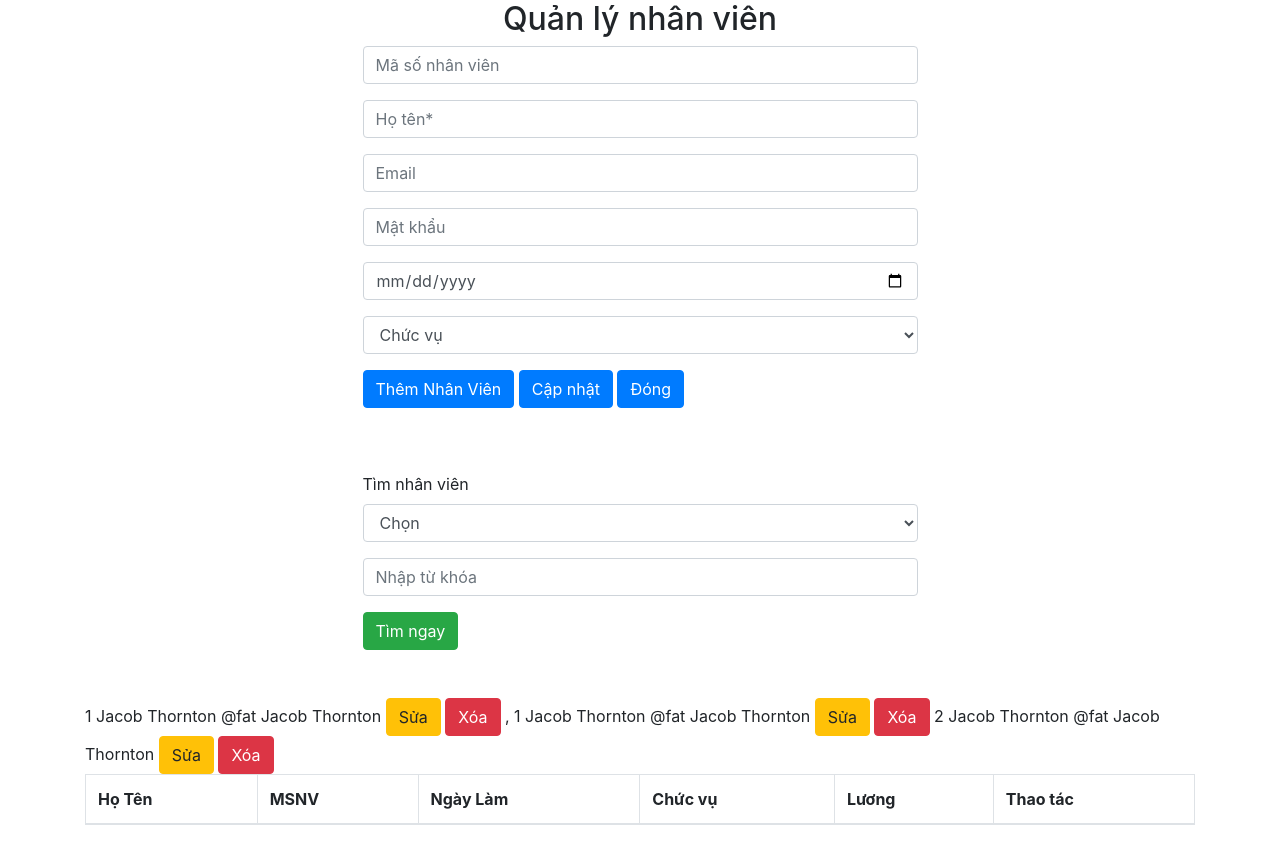
Repository: dovanthao2404/quanlynhanvien
Page: index.html
The author's editor kept a copy of each file at every save. The page is drawn from the files as they stood at one save, then again after the next save.
The browser window is 1280 px wide. The pictures show the whole page.

Above is the page before, as saved 2021-06-29 22:09:57.

### index.html
<!DOCTYPE html>
<html lang="en">

<head>
  <meta charset="UTF-8">
  <meta http-equiv="X-UA-Compatible" content="IE=edge">
  <meta name="viewport" content="width=device-width, initial-scale=1.0">
  <title>Quan Ly Nhan Vien</title>
  <!-- BOOTSTRAP  -->
  <link rel="stylesheet" href="https://cdn.jsdelivr.net/npm/bootstrap@4.6.0/dist/css/bootstrap.min.css"
    integrity="sha384-B0vP5xmATw1+K9KRQjQERJvTumQW0nPEzvF6L/Z6nronJ3oUOFUFpCjEUQouq2+l" crossorigin="anonymous">
  <!-- MAIN CSS -->
  <link rel="stylesheet" href="./css/style.css">
</head>

<body>
  <div class="main">
    <div class="add-staff">
      <div class="container">
        <form>
          <div class="row">
            <div class="col">
              <div class="add-staff__content w-50 mx-auto">
                <div class="add-staff-title">
                  <h2 id="header-title" class="text-center">Quản lý nhân viên</h2>
                </div>
                <div class="form-group">
                  <input type="text" class="form-control" id="msnv" placeholder="Mã số nhân viên">
                  <span id="thongBaoMNV" class="sp-thongbao text-danger"></span>
                </div>
                <div class="form-group">
                  <input type="text" class="form-control" id="hoTen" placeholder="Họ tên*">
                  <span id="thongBaoHo" class="sp-thongbao text-danger"></span>
                </div>
                <div class="form-group">
                  <input type="text" class="form-control" id="email" placeholder="Email">
                  <span id="thongBaoMNV" class="sp-thongbao text-danger"></span>
                </div>
                <div class="form-group">
                  <input type="password" class="form-control" id="matKhau" placeholder="Mật khẩu">
                  <span id="thongBaoMNV" class="sp-thongbao text-danger"></span>

                </div>
                <div class="form-group">
                  <input type="date" class="form-control" id="ngayLam">
                  <span id="thongBaoNgayLam" class="sp-thongbao text-danger"></span>

                </div>
                <div class="form-group">
                  <select id="chucVu" class="form-control">
                    <option selected>Chức vụ</option>
                    <option>Sếp</option>
                    <option>Trưởng Phòng</option>
                    <option>Nhân Viên</option>
                  </select>
                  <span id="thongBaoChucVu" class="sp-thongbao text-danger"></span>

                </div>
                <div class="form-group">

                  <button class="btn btn-primary" type="button" id="btnThemNhanVien">Thêm Nhân Viên</button>
                  <button class="btn btn-primary" type="button" id="btnCapNhat">Cập nhật</button>
                  <button class="btn btn-primary" type="button" id="btnDong">Đóng</button>
                </div>
              </div>
            </div>
          </div>

        </form>
      </div>
    </div>
    <div class="search-staff my-5">
      <div class="container">
        <div class="add-staff__content w-50 mx-auto">
          <div class="form-group">
            <label for="">Tìm nhân viên</label>
            <select id="" class="form-control">
              <option selected>Chọn</option>
              <option>Theo Tên</option>
              <option>Theo mã</option>
            </select>
            <span class="sp-thongbao text-danger"></span>
          </div>
          <div class="form-group">
            <input class="form-control" type="text" placeholder="Nhập từ khóa">
          </div>
          <div class="form-group">
            <input class="btn btn-success" type="button" value="Tìm ngay">
          </div>
        </div>
      </div>
    </div>
  </div>

  <div class="list-staff">
    <div class="container">
      <div id="list-staff__content">
        <table class="table table-bordered">
          <thead>
            <tr>
              <th scope="col">Họ Tên</th>
              <th scope="col">MSNV</th>
              <th scope="col">Ngày Làm</th>
              <th scope="col">Chức vụ</th>
              <th scope="col">Lương</th>
              <th scope="col">Thao tác</th>
            </tr>
          </thead>
          <tboby id="tableDanhSach">
          </tboby>
        </table>
      </div>
    </div>
  </div>
  <!-- BOOSTRAP -->
  <script src="https://code.jquery.com/jquery-3.5.1.slim.min.js"
    integrity="sha384-DfXdz2htPH0lsSSs5nCTpuj/zy4C+OGpamoFVy38MVBnE+IbbVYUew+OrCXaRkfj"
    crossorigin="anonymous"></script>
  <script src="https://cdn.jsdelivr.net/npm/bootstrap@4.6.0/dist/js/bootstrap.bundle.min.js"
    integrity="sha384-Piv4xVNRyMGpqkS2by6br4gNJ7DXjqk09RmUpJ8jgGtD7zP9yug3goQfGII0yAns"
    crossorigin="anonymous"></script>
  <script src="./js/NhanVien.js"></script>
  <script src="js/CongTy.js"></script>
  <script src="js/main.js"></script>
</body>

</html>

### js/NhanVien.js
class NhanVien {

  constructor(maNV, hoTen, email, matKhau, ngayLamViec, chucVu) {
    this.maNV = maNV;
    this.hoTen = hoTen;
    this.email = email;
    this.matKhau = matKhau;
    this.ngayLamViec = ngayLamViec;
    this.chucVu = chucVu;
    this.mangDoiChieu = [this.maNV, this.hoTen, this.email
      , this.matKhau, this.ngayLamViec, this.chucVu];
  }
}

### js/CongTy.js
class CongTy {
  constructor() {
    this.DanhSachNhanVien = [];
  }
  // Phương thức thêm nhân viên mới vào mảng (thuộc tính) DanhSachNhanVien
  ThemNhanVien(nhanVienMoi) {
    this.DanhSachNhanVien = [...this.DanhSachNhanVien, nhanVienMoi];
  }

  // Phước thức tìm nhân viên theo mã nhân viên, trả về vị trí nhân viên trong mảng DanhSachNhanVien
  TimViTriNhanVien(maNV) {
    // return this.DanhSachNhanVien.find(nhanVien => nhanVien.maNV === maNV)
    for (let viTri in this.DanhSachNhanVien) {
      if (this.DanhSachNhanVien[viTri].maNV === maNV) {
        return viTri;
      }
    }
    return -1;
  }

  // Tìm nhân viên theo mã trả về nhân viên
  TimNhanVienTheoMa(maNV) {
    let viTri = this.TimViTriNhanVien(maNV);
    if (viTri != -1) {
      return this.DanhSachNhanVien[viTri];
    } else {
    }
  }

  // Xóa nhân viên theo mã
  XoaNhanVien(maNV) {
    let viTri = this.TimViTriNhanVien(maNV);
    if (viTri != -1) {
      this.DanhSachNhanVien.splice(viTri, 1);
    } else {
    }
  }

  // Sửa nhân viên
  SuaNhanVien(nhanVien) {
    let viTri = this.TimViTriNhanVien(nhanVien.maNV);
    this.DanhSachNhanVien[viTri] = nhanVien;
  }

  // Tìm nhân viên theo tên --> trả về danh sách nhân viên
  TimNhanVienTheoTen(hoTen) {
    let dskq = new CongTy();
    hoTen = hoTen.trim().toUpperCase();
    for (let nhanVien of this.DanhSachNhanVien) {
      let hoTenNV = nhanVien.hoTen.trim().toUpperCase();
      if (hoTenNV.search(hoTen) !== -1) {
        dskq.ThemNhanVien(nhanVien);
      }
    }
    return dskq;
  }
}

### js/main.js
function getEle(ele) {
  return document.getElementById(ele);
}

var congTy = new CongTy();
var nhanVienMoi = new NhanVien('1', "Do Van Thao", 'abc@gmail.com', 'truongthikhanhngan', 'ngayLamViec', 'chucVu');
congTy.ThemNhanVien(nhanVienMoi);
nhanVienMoi = new NhanVien('2', "Truong Thi Khanh Ngan", 'abc@gmail.com', 'truongthikhanhngan', 'ngayLamViec', 'chucVu');
congTy.ThemNhanVien(nhanVienMoi);

// Ham goi modal popup: Them Nhan Vien or Sua thong tin nhan vien
GoiModal = (modal_title, readonly = false, type = 1) => {
  // type = 1: them nhan vien, type = 2: sua thong tin
  getEle('header-title').innerHTML = modal_title;
  getEle('msnv').readonly = readonly;

  switch (type) {
    case 1: //Them nhanVien
      getEle("btnThemNhanVien").style.display = "inline-block";
      getEle("btnCapNhat").style.display = "none";
      getEle("btnDong").style.display = "inline-block";
      break;

    case 2:
      getEle("btnCapNhat").style.display = "inline-block";
      getEle("btnThemNhanVien").style.display = "none";
      getEle("btnDong").style.display = "inline-block";
      break;
  }
}

// Reset form
XoaForm = () => {
  let elements = document.getElementsByTagName('input');
  for (let element of elements) {
    element.value = '';
  }
  document.getElementById('chucVu').selectedIndex = 0;
}

let trangHienThi = 1;
HienThiDanhSach = (dsnv) => {
  let tbody = getEle("tableDanhSach");
  // tbody.innerHTML = '';
  let htmls = '';
  let soNV = dsnv.length;
  var result = dsnv.map(function (nv) {
    return htmls += `<tr>
    <th scope="row">${nv.maNV}</th>
    <td>Jacob</td>
    <td>Thornton</td>
    <td>@fat</td>
    <td>Jacob</td>
    <td>Thornton</td>
    <td>
      <button class="btn btn-warning" id="sua">Sửa</button>
      <button class="btn btn-danger" id="xoa">Xóa</button>
    </td>
  </tr>
  `
  })
  tbody.innerHTML = result;
}
HienThiDanhSach(congTy.DanhSachNhanVien);

Loaded but not shown: css/style.css (common file)

After the next save:
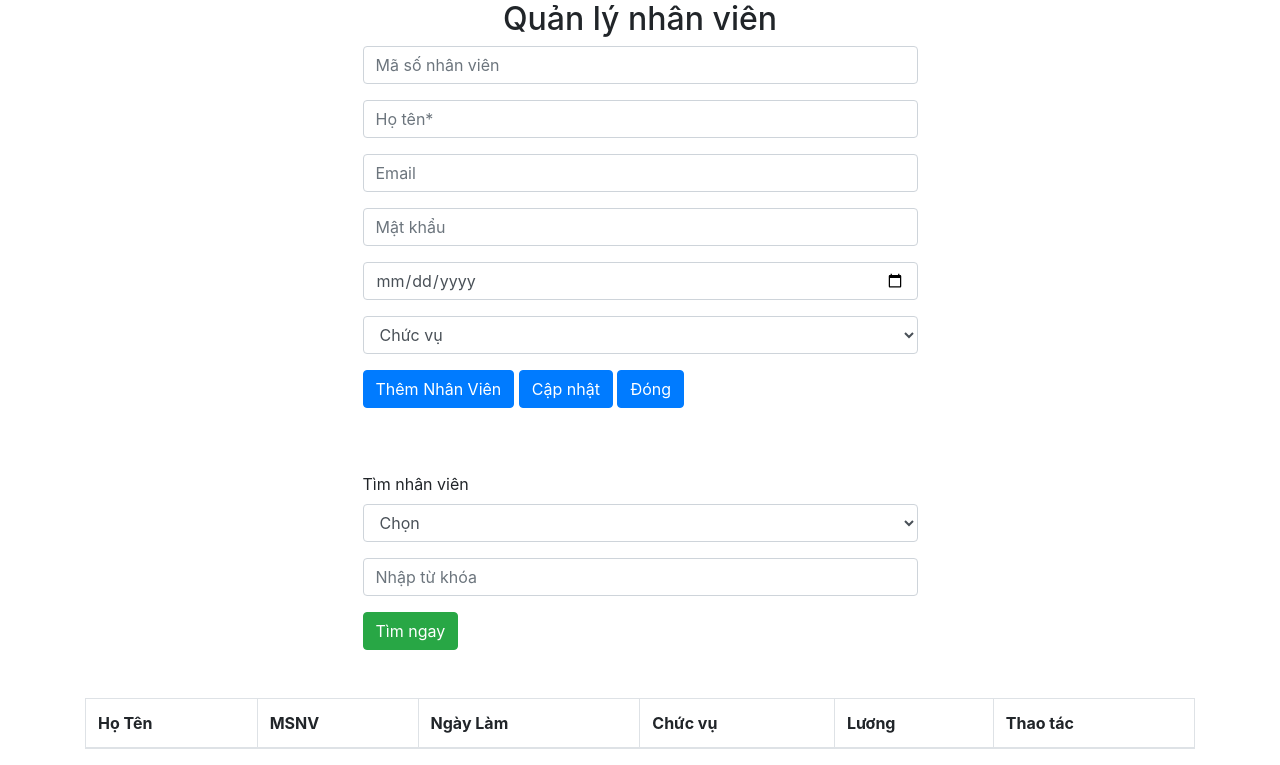
Console error: SyntaxError: Unexpected identifier 'i'
Saved 27 s later.
--- a/js/main.js
+++ b/js/main.js
@@ -44,7 +44,7 @@
   // tbody.innerHTML = '';
   let htmls = '';
   let soNV = dsnv.length;
-  var result = dsnv.map(function (nv) {
+  for (int i = 0; i < soNV; i++) {
     return htmls += `<tr>
     <th scope="row">${nv.maNV}</th>
     <td>Jacob</td>

After the 6 saves that followed:
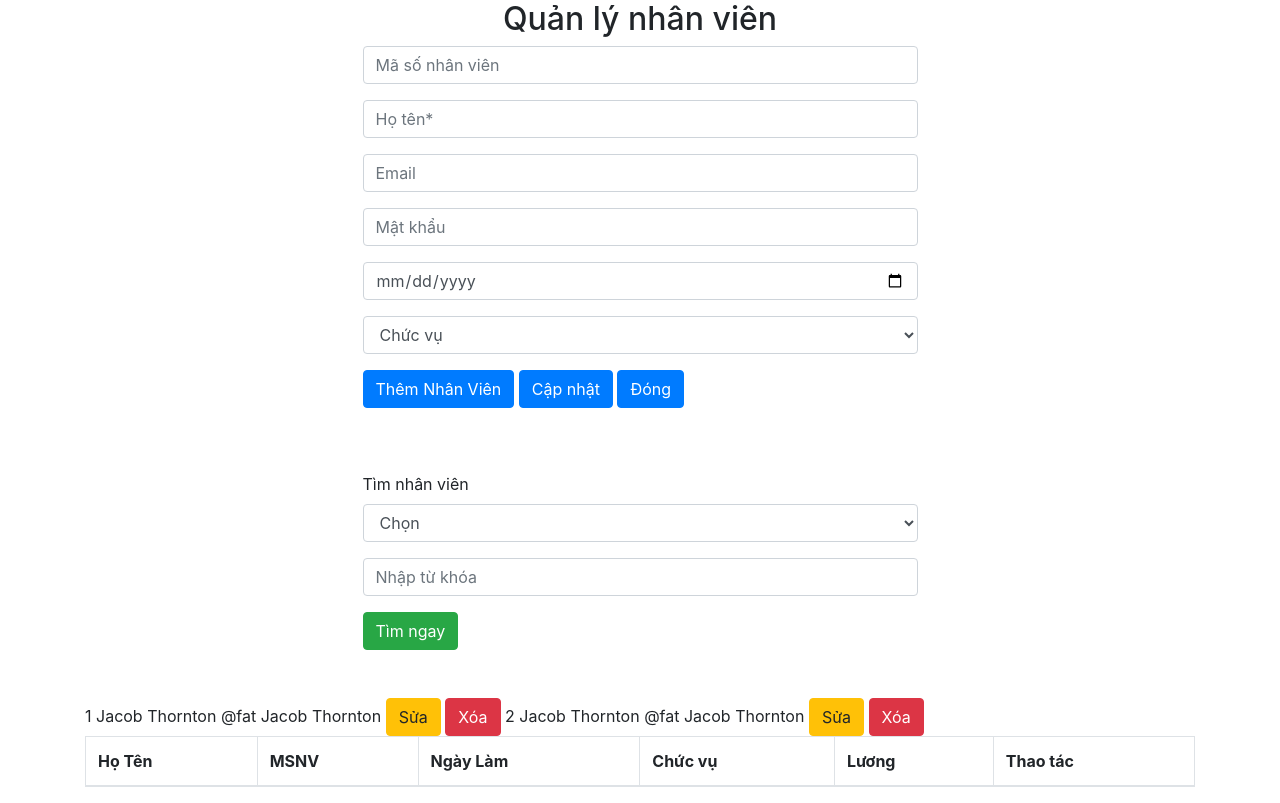
The error is gone.
The 6 saves are shown as one change because 4 left the picture as it was and some came seconds apart.
The last was saved 65 s later.
--- a/js/main.js
+++ b/js/main.js
@@ -44,9 +44,9 @@
   // tbody.innerHTML = '';
   let htmls = '';
   let soNV = dsnv.length;
-  for (int i = 0; i < soNV; i++) {
-    return htmls += `<tr>
-    <th scope="row">${nv.maNV}</th>
+  for (let i = 0; i < soNV; i++) {
+    htmls += `<tr>
+    <th scope="row">${dsnv[i].maNV}</th>
     <td>Jacob</td>
     <td>Thornton</td>
     <td>@fat</td>
@@ -58,7 +58,7 @@
     </td>
   </tr>
   `
-  })
-  tbody.innerHTML = result;
+  }
+  tbody.innerHTML = htmls;
 }
 HienThiDanhSach(congTy.DanhSachNhanVien);
